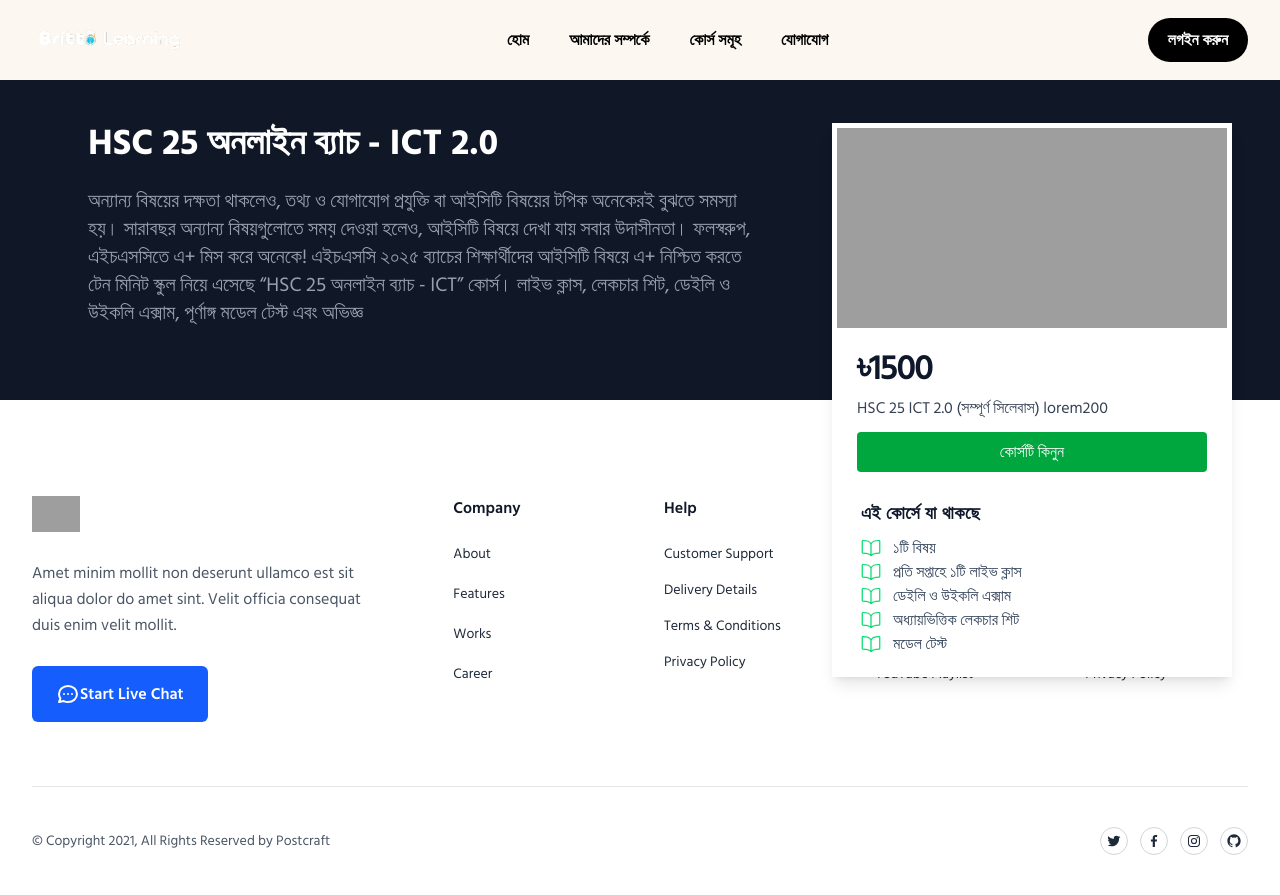
Repository: Ruddro420/course-selling
Page: /single-course
An editor plug-in stored every save of this project. The page is shown before and after the next save, followed by the edit.
The browser window is 1280 px wide. The pictures show the whole page.
Pictures or frames that could not be fetched are drawn as grey boxes. The project was rebuilt for these pictures with package versions that can differ from the ones it lists, and the page was loaded fresh each time. Also part of the build but not shown: vite.config.js, src/components/AboutSection.jsx, src/components/ContactSection.jsx, src/components/CourseSection.jsx, src/components/Hero.jsx, src/components/TeamSection.jsx, src/components/WhyUsSection.jsx, src/pages/Home.jsx and 2 more.

Above is the page before, as saved 2025-02-06 03:44:20.

### index.html
<!doctype html>
<html lang="en">

<head>
  <meta charset="UTF-8" />
  <link rel="icon" type="image/svg+xml" href="/img/fav-icon.jpg" />
  <meta name="viewport" content="width=device-width, initial-scale=1.0" />
  <link rel="preconnect" href="https://fonts.googleapis.com">
  <link rel="preconnect" href="https://fonts.gstatic.com" crossorigin>
  <link href="https://fonts.googleapis.com/css2?family=Hind+Siliguri:wght@300;400;500;600;700&display=swap"
    rel="stylesheet">
  <title>Britto Learning</title>
</head>

<body>
  <div id="root"></div>
  <script type="module" src="/src/main.jsx"></script>
</body>

</html>

### src/main.jsx
import { StrictMode } from 'react'
import { createRoot } from 'react-dom/client'
import './index.css'
import {
  createBrowserRouter,
  RouterProvider,
} from "react-router-dom";
import Home from './pages/Home.jsx';
import MainLayout from './MainLayout/MainLayout.jsx';
import LoginPage from './pages/LoginPage.jsx';
import AuthPage from './pages/AuthPage.jsx';
import CoursePage from './pages/CoursePage.jsx';

const router = createBrowserRouter([
  {
    path: "/",
    element: <MainLayout />,
    children: [
      {
        path: '/',
        element: <Home />
      },
      {
        path: '/single-course',
        element: <CoursePage />
      }
    ]
  },
  {
    path: '/login',
    element: <LoginPage />
  },
  {
    path: '/register',
    element: <AuthPage />
  }
]);

createRoot(document.getElementById('root')).render(
  <StrictMode>
    <RouterProvider router={router} />
  </StrictMode>,
)

### src/index.css
@import "tailwindcss";
/* Hind Siliguri Font */
@import url('https://fonts.googleapis.com/css2?family=Hind+Siliguri:wght@300;400;500;600;700&display=swap');

/* Basic Setup */
body {
  font-family: "Hind Siliguri", serif!important;
}
.course{
  padding-top: 4rem;
}

.main-card{
  border: 5px solid white;
  width: 400px;
}
.hero-cards{
  margin-top: 200px;
}
.card-vedio{
  height: 200px;
}


.sylebus{
  width: 616px;
}

@media(max-width:768px){

  .course-hero-section {

      height: 550px;
      margin-bottom: 400px;
  }
  .course{
      /* height: 550px; */

  }
  .course-hero{
      margin-top: 330px;
  }
  .hero-cards{
      margin-top: 0px;
      padding-top: 10px;
  }
  .hero-cards2{
      margin-top: 0px;
      padding-top: 0px;
  }
  .main-card{
      border: 5px solid white;
      width: 350px;
      margin: auto;
  }
  .sylebus{
      width: 360px;
  }

}

### src/MainLayout/MainLayout.jsx
import { Outlet } from "react-router-dom";
import Header from "../components/Header";
import MainFooter from "../components/MainFooter";

const MainLayout = () => {
    return (
        <div>
            <Header />
            <Outlet />
            <MainFooter />
        </div>
    );
};

export default MainLayout;

### src/pages/CoursePage.jsx

import CourseHero from '../components/courseComponent/CourseHero';

const CoursePage = () => {
  return (
    <>
      <CourseHero />
    </>
  );
};

export default CoursePage;

### src/components/Header.jsx
import { Link } from "react-router-dom";

const Header = () => {
    return (
        <div>
            <header className="bg-[#FCF8F1] bg-opacity-30">
                <div className="px-4 mx-auto sm:px-6 lg:px-8">
                    <div className="flex items-center justify-between h-16 lg:h-20">
                        <div className="flex-shrink-0">
                            <a href="#" title="" className="flex">
                                <img className="w-auto h-8" src="../../img/logo.png" alt="" />
                            </a>
                        </div>

                        <button type="button" className="inline-flex p-2 text-black transition-all duration-200 rounded-md lg:hidden focus:bg-gray-100 hover:bg-gray-100">
                            {/*    <!-- Menu open: "hidden", Menu closed: "block" --> */}
                            <svg className="block w-6 h-6" xmlns="http://www.w3.org/2000/svg" fill="none" viewBox="0 0 24 24" stroke="currentColor">
                                <path strokeLinecap="round" strokeLinejoin="round" strokeWidth="2" d="M4 8h16M4 16h16"></path>
                            </svg>

                            {/*  <!-- Menu open: "block", Menu closed: "hidden" --> */}
                            <svg className="hidden w-6 h-6" xmlns="http://www.w3.org/2000/svg" fill="none" viewBox="0 0 24 24" stroke="currentColor">
                                <path strokeLinecap="round" strokeLinejoin="round" strokeWidth="2" d="M6 18L18 6M6 6l12 12"></path>
                            </svg>
                        </button>

                        <div className="hidden lg:flex lg:items-center lg:justify-center lg:space-x-10">
                            <a href="#" title="" className="text-base text-black transition-all duration-200 hover:text-opacity-80 font-bold"> হোম </a>

                            <a href="#" title="" className="text-base text-black transition-all duration-200 hover:text-opacity-80 font-bold"> আমাদের সম্পর্কে </a>

                            <a href="#" title="" className="text-base text-black transition-all duration-200 hover:text-opacity-80 font-bold"> কোর্স সমূহ </a>

                            <a href="#" title="" className="text-base text-black transition-all duration-200 hover:text-opacity-80 font-bold"> যোগাযোগ </a>
                        </div>

                        <Link to='/login' href="#" title="" className="hidden lg:inline-flex items-center justify-center px-5 py-2.5 text-base transition-all duration-200 hover:bg-yellow-300 hover:text-black focus:text-black focus:bg-yellow-300 font-semibold text-white bg-black rounded-full" role="button"> লগইন করুন </Link>
                    </div>
                </div>
            </header>
        </div>
    );
};

export default Header;

### src/components/courseComponent/CourseHero.jsx
import { IoBookOutline } from "react-icons/io5";

const CourseHero = () => {
  return (
    <div>
    <div className="bg-gray-900 py-20 course-hero-section  h-80 flex items-center justify-between mx-auto p-4">
      <div className="container mx-auto mt-10 max-w-screen-xl md:px-12">
        <div className="flex flex-col course-hero md:flex-row md:gap-12">

          <div className="md:w-1/2 lg:w-2/3 pt-20 px-6 flex-grow hero-cards">
            <h1 className=" md:text-4xl text-xl text-white font-bold mb-6">
              HSC 25 অনলাইন ব্যাচ - ICT 2.0
            </h1>
            <p className="text-md md:text-xl lg:text-xl text-gray-400 mb-8">
              অন্যান্য বিষয়ের দক্ষতা থাকলেও, তথ্য ও যোগাযোগ প্রযুক্তি বা
              আইসিটি বিষয়ের টপিক অনেকেরই বুঝতে সমস্যা হয়। সারাবছর অন্যান্য
              বিষয়গুলোতে সময় দেওয়া হলেও, আইসিটি বিষয়ে দেখা যায় সবার উদাসীনতা।
              ফলস্বরুপ, এইচএসসিতে এ+ মিস করে অনেকে! এইচএসসি ২০২৫ ব্যাচের
              শিক্ষার্থীদের আইসিটি বিষয়ে এ+ নিশ্চিত করতে টেন মিনিট স্কুল নিয়ে
              এসেছে “HSC 25 অনলাইন ব্যাচ - ICT” কোর্স। লাইভ ক্লাস, লেকচার শিট,
              ডেইলি ও উইকলি এক্সাম, পূর্ণাঙ্গ মডেল টেস্ট এবং অভিজ্ঞ
            </p>
          </div>

          <div className="md:w-1/2 lg:w-1/3 z-40  pt-20  md:mt-12  flex-shrink-0 hero-cards hero-cards2">
            <div className="max-w-md pb-4  bg-white  border-gray-200 dark:bg-gray-800 dark:border-gray-700  shadow-lg main-card">
              <a href="#">
                <iframe
                  className="w-full card-vedio"
                  src="https://www.youtube.com/embed/IjlYXtI2-GU?si=gBJ8wmkM5Jta3u4m"
                  title="YouTube video player"
                  frameBorder="0"
                  allow="accelerometer; autoplay; clipboard-write; encrypted-media; gyroscope; picture-in-picture; web-share"
                  referrerPolicy="strict-origin-when-cross-origin"
                  allowFullScreen
                ></iframe>
              </a>
              {/* Fee-container */}
              <div className="suggestion-pricing dark:text-white">
                <div className="p-5">
                  <a href="#">
                    <h5 className="mb-2 text-2xl font-bold tracking-tight text-gray-900 dark:text-white">
                      <span className="text-4xl font-semibold text-slate-900 tracking-tighter">
                        ৳1500
                      </span>
                    </h5>
                  </a>
                  <p className="mb-3 font-normal dark:text-white text-gray-700">
                    HSC 25 ICT 2.0 (সম্পূর্ণ সিলেবাস) lorem200
                  </p>
                  <button className="bg-green-600 whitespace-nowrap text-center md:w-full w-full rounded py-2 lg:py-2 text-white ">
                    কোর্সটি কিনুন
                  </button>
                </div>

                <div className="">
                  <h3 className="text-lg  font-bold text-slate-900 tracking-wide uppercase px-6 py-2">
                    এই কোর্সে যা থাকছে
                  </h3>
                  <li className="flex space-x-3 items-center px-6">
                    <IoBookOutline className="flex-shrink-0  h-5 w-5 text-green-400" />
                    <span className="text-base text-slate-700">১টি বিষয়</span>
                  </li>
                  <li className="flex space-x-3 items-center px-6">
                    <IoBookOutline className="flex-shrink-0  h-5 w-5 text-green-400" />
                    <span className="text-base text-slate-700">
                      প্রতি সপ্তাহে ১টি লাইভ ক্লাস
                    </span>
                  </li>
                  <li className="flex space-x-3 items-center px-6">
                    <IoBookOutline className="flex-shrink-0  h-5 w-5 text-green-400" />
                    <span className="text-base text-slate-700">
                      ডেইলি ও উইকলি এক্সাম
                    </span>
                  </li>
                  <li className="flex space-x-3 items-center px-6">
                    <IoBookOutline className="flex-shrink-0  h-5 w-5 text-green-400" />
                    <span className="text-base text-slate-700">
                      অধ্যায়ভিত্তিক লেকচার শিট
                    </span>
                  </li>
                  <li className="flex space-x-3 items-center px-6">
                    <IoBookOutline className="flex-shrink-0  h-5 w-5 text-green-400" />
                    <span className="text-base text-slate-700">
                      মডেল টেস্ট
                    </span>
                  </li>
                </div>
              </div>
            </div>
          </div>


        </div>
      </div>
    </div>
  </div>
  );
};

export default CourseHero;

Loaded but not shown: src/components/MainFooter.jsx (182 lines, source omitted)

After the next save:
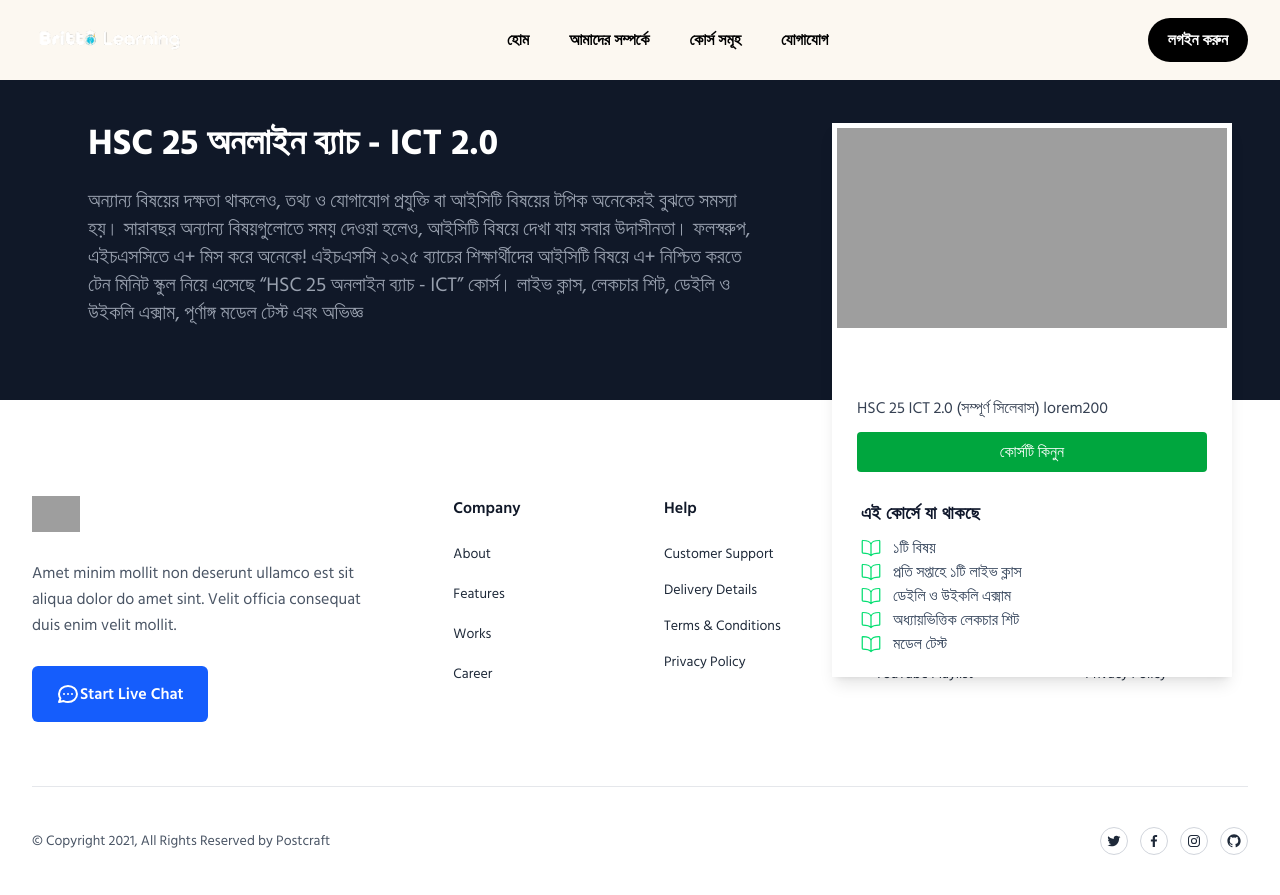
Saved 62 s later.
--- a/src/components/courseComponent/CourseHero.jsx
+++ b/src/components/courseComponent/CourseHero.jsx
@@ -40,7 +40,7 @@ const CourseHero = () => {
                 <div className="p-5">
                   <a href="#">
                     <h5 className="mb-2 text-2xl font-bold tracking-tight text-gray-900 dark:text-white">
-                      <span className="text-4xl font-semibold text-slate-900 tracking-tighter">
+                      <span className="text-4xl font-semibold text-white tracking-tighter">
                         ৳1500
                       </span>
                     </h5>
